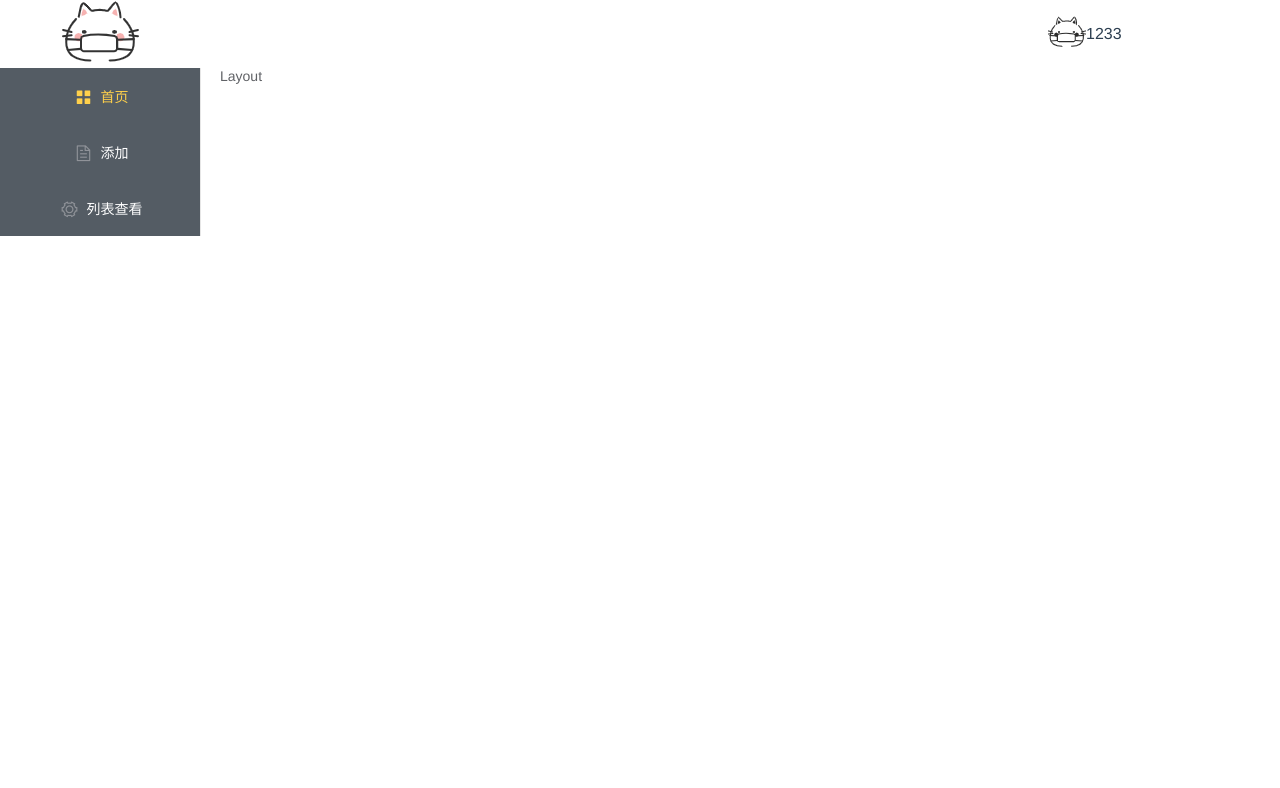
Repository: faintout/backMng
Page: / (app in backmng/)
The author's editor kept a copy of each file at every save. The page is drawn from the files as they stood at one save, then again after the next save.
The browser window is 1280 px wide. The pictures show the whole page.
The project was rebuilt for these pictures with package versions that can differ from the ones it lists, and the page was loaded fresh each time. Also part of the build but not shown: backmng/vue.config.js, backmng/src/views/_index.vue, backmng/src/views/addList.vue, backmng/src/views/list.vue.

Above is the page before, as saved 2020-12-30 16:27:48.

### backmng/src/main.js
import Vue from 'vue'
import App from './App.vue'
import router from './router'
import store from './store'
import ElementUI from 'element-ui'
import 'element-ui/lib/theme-chalk/index.css'
import './assets/index.css'

Vue.use(ElementUI)
Vue.config.productionTip = false

new Vue({
  router,
  store,
  render: h => h(App)
}).$mount('#app')

### backmng/src/App.vue
<template>
  <div id="app">
    <router-view/>
  </div>
</template>

<style lang="less">
#app {
  font-family: Avenir, Helvetica, Arial, sans-serif;
  -webkit-font-smoothing: antialiased;
  -moz-osx-font-smoothing: grayscale;
  text-align: center;
  color: #2c3e50;
  height: 100%;
}

#nav {
  padding: 30px;

  a {
    font-weight: bold;
    color: #2c3e50;

    &.router-link-exact-active {
      color: #42b983;
    }
  }
}
</style>

### backmng/src/router/index.js
import Vue from 'vue'
import VueRouter from 'vue-router'
import Layout from '../views/layout.vue'
import _index from '../views/_index.vue'
import addList from '../views/addList.vue'
import list from '../views/list.vue'

Vue.use(VueRouter)

const routes = [
    {
        path: '/',
        name: 'Layout',
        component: Layout,
        children: [
            {
                path: '/_index',
                name: '首页',
                component: _index,
            },
            {
                path: '/addList',
                name: '添加',
                component: addList,
            },
            {
                path: '/list',
                name: '列表查看',
                component: list,
            },
        ]
    },
]

const router = new VueRouter({
    routes
})

export default router

### backmng/src/assets/index.css
* {
    /* width: 100%;
    height: 100%; */
    padding: 0;
    margin: 0;
}
html,body{
    height: 100%;
}
.h100{
    height: 100%;
}

### backmng/src/views/layout.vue
<template>
    <div class="h100">
        <div class="menu_list" style="width:200px;height:100%;float:left">
            <!-- <header-top></header-top> -->
            <img :src="require('../assets/images/'+(!isCollapse?'7':'7_25px')+'.png')" alt="" @click="isCollapse = !isCollapse" :style="{left:isCollapse?'-64px':0}">
            <!-- <img src="../assets/images/7.png" alt="" @click="isCollapse = !isCollapse" style="cursor:pointer;"> -->
            <el-row class="tac h100">
                <el-col :span="12" class="h100">
                    <el-menu default-active="/_index" router class="el-menu-vertical-demo" @open="handleOpen" @close="handleClose" background-color="#545c64" text-color="#fff" active-text-color="#ffd04b" :collapse="isCollapse">
                        <el-menu-item index="/_index">
                            <i class="el-icon-menu"></i>
                            <span slot="title">首页</span>
                        </el-menu-item>
                        <el-menu-item index="/addList">
                            <i class="el-icon-document"></i>
                            <span slot="title">添加</span>
                        </el-menu-item>
                        <el-menu-item index="/list">
                            <i class="el-icon-setting"></i>
                            <span slot="title">列表查看</span>
                        </el-menu-item>
                    </el-menu>
                </el-col>
            </el-row>
        </div>
        <div style="width:80%;float:left">
            <header-top></header-top>
            <div class="content" style="margin: 5px 0 0 20px;">
                <el-breadcrumb separator-class="el-icon-arrow-right">
                    <el-breadcrumb-item>{{$route.name}}</el-breadcrumb-item>
                </el-breadcrumb>
                <router-view></router-view>
            </div>
        </div>


    </div>
</template>

<script>
    import headerTop from './headerTop'
    export default {
        components: {
            headerTop
        },
        data() {
            return {
                isCollapse: false
            }
        },
        watch: {},
        computed: {},
        methods: {
            handleOpen(key, keyPath) {
                console.log(key, keyPath);
            },
            handleClose(key, keyPath) {
                console.log(key, keyPath);
            }
        },
        mounted() {},
        created() {
            console.log(
                this.$route)
        },
    }
</script>
<style lang="less" scoped>
    .el-menu-vertical-demo:not(.el-menu--collapse) {
        width: 200px;
        // min-height: 100%;
        // height: calc(100% - 64px);
    }

    .menu_list {
        img {
            cursor: pointer;
            position: relative,
        }
    }
</style>

### backmng/src/views/headerTop.vue
<template>
    <div>
        <div class="header">
            <div class="user_info">
                <div class="user_pic">
                    <img src="../assets/images/user_pic.png" alt="">
                </div>
                <div class="user_name">1233</div>
            </div>
        </div>
    </div>
</template>

<script>
    export default {
        components: {},
        data() {
            return {}
        },
        watch: {},
        computed: {},
        methods: {},
        mounted() {},
        created() {},
    }
</script>
<style lang="less" scoped>
    .header {
        // display: flex;
        justify-content: space-between;
        height: 64px;
        width: 100%;
        vertical-align: middle;
        display: inline-block;
        // img{
        //     float: left;
        // }
    }

    .user_info div {
        display: inline-block;
        margin-top: 16px;
    }

    .user_info {
        text-align: center;
        margin-right: 10%;
        vertical-align: middle;
        float: right;
    }

    .user_name {
        vertical-align: middle;
        display: inline-block;
    }

    .user_pic {
        vertical-align: middle;
    }
</style>

Loaded but not shown: backmng/public/index.html (common file); backmng/src/store/index.js (common file)

After the next save:
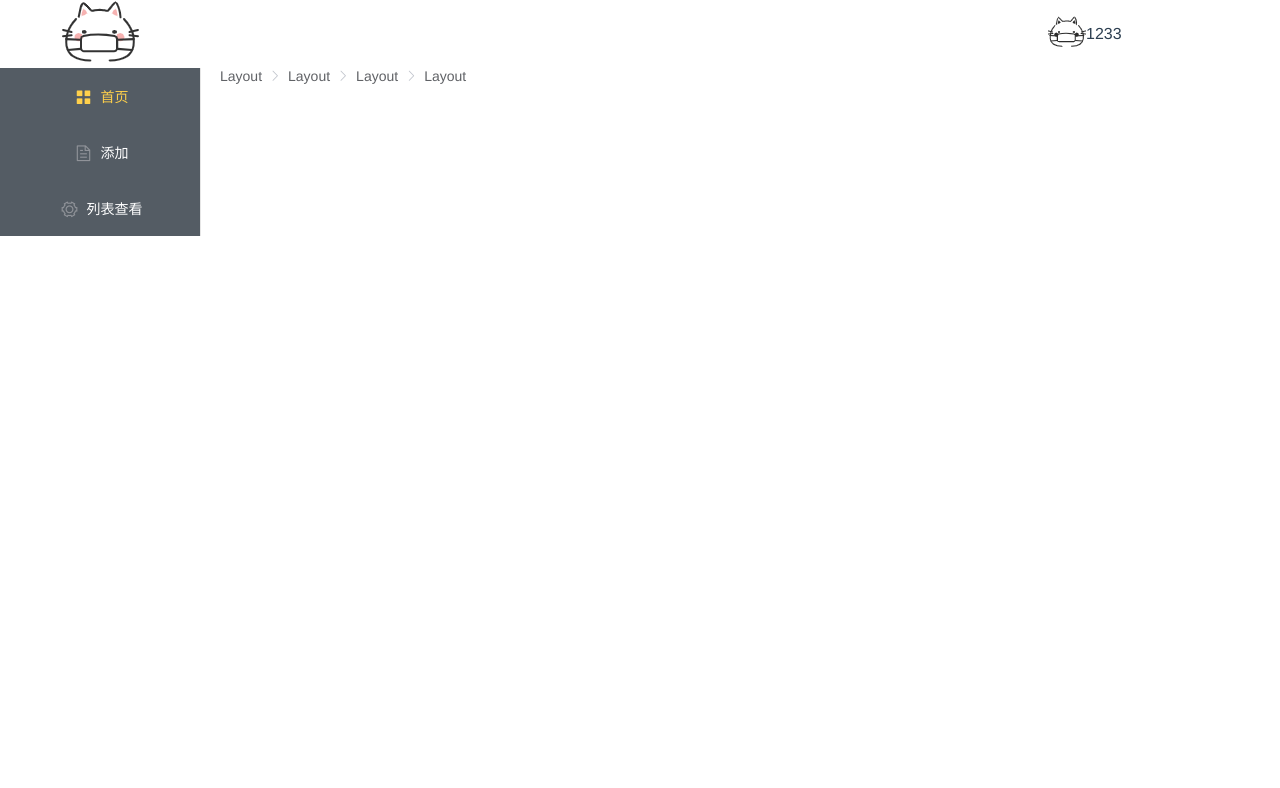
Saved 30 s later.
--- a/backmng/src/views/layout.vue
+++ b/backmng/src/views/layout.vue
@@ -27,6 +27,9 @@
             <header-top></header-top>
             <div class="content" style="margin: 5px 0 0 20px;">
                 <el-breadcrumb separator-class="el-icon-arrow-right">
+                    <el-breadcrumb-item>{{$route.name}}</el-breadcrumb-item>
+                    <el-breadcrumb-item>{{$route.name}}</el-breadcrumb-item>
+                    <el-breadcrumb-item>{{$route.name}}</el-breadcrumb-item>
                     <el-breadcrumb-item>{{$route.name}}</el-breadcrumb-item>
                 </el-breadcrumb>
                 <router-view></router-view>
